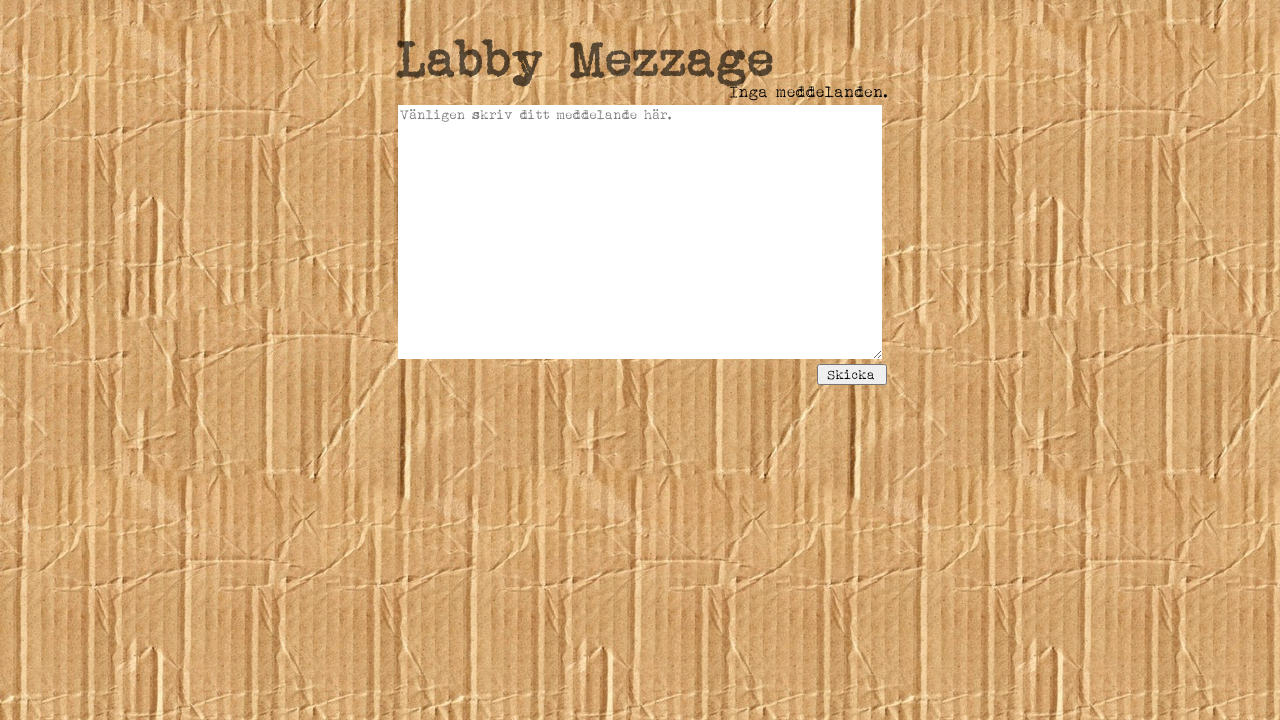
Repository: mw222rs/1dv403-laborationer
Page: 2-labbymezzage/index.html
The author's editor kept a record of every edit. The page is drawn from the files as they stood at one moment, then again after the next edit.
The browser window is 1280 px wide. The pictures show the whole page.

Above is the page before.

### 2-labbymezzage/index.html
<!DOCTYPE html>
<html lang="sv">
<head>
	<meta charset="UTF-8" />
	<link rel="stylesheet" type="text/css" href="css/style.css" media="screen, projection, handheld">
	<title>Labby Mezzage</title>
	<script src="script/main.js"></script>
	<script src="script/message.js"></script>
</head>
    <body>
        <div id="page">
            <h1>Labby Mezzage</h1>
            <div id="messageArea">
            </div><!-- /end #messageArea tag -->

            <div id="board">
                <p id="counter">Inga meddelanden.</p>
                <form>
         			<textarea name="text" placeholder="Vänligen skriv ditt meddelande här." id="textArea"></textarea><input id="send" type="submit" value="Skicka" />
         			<p id="value"></p>
        		</form>
            </div><!-- /end #board tag -->
        </div><!-- /end #page tag -->
    </body>
</html>

### 2-labbymezzage/css/style.css
/* Start CSS-Reset */

/* http://meyerweb.com/eric/tools/css/reset/
   v2.0 | 20110126
   License: none (public domain)
*/

html, div, span, applet, object, iframe,
h2, h3, h4, h5, h6, p, blockquote, pre,
a, abbr, acronym, address, big, cite, code,
del, dfn, em, img, ins, kbd, q, s, samp,
small, strike, strong, sub, sup, tt, var,
b, u, i, center,
dl, dt, dd, ol, ul, li,
fieldset, form, label, legend,
table, caption, tbody, tfoot, thead, tr, th, td,
article, aside, canvas, details, embed,
figure, figcaption, footer, header, hgroup,
menu, nav, output, ruby, section, summary,
time, mark, audio, video {
	margin: 0;
	padding: 0;
	border: 0;
	font-size: 100%;
	font: inherit;
	vertical-align: baseline;
}
/* HTML5 display-role reset for older browsers */
article, aside, details, figcaption, figure,
footer, header, hgroup, menu, nav, section {
	display: block;
}
body {
	line-height: 1;
}
ol, ul {
	list-style: none;
}
blockquote, q {
	quotes: none;
}
blockquote:before, blockquote:after,
q:before, q:after {
	content: '';
	content: none;
}
table {
	border-collapse: collapse;
	border-spacing: 0;
}

/* End of CSS-Reset */

@font-face {
    font-family: typewriter;
    src: url( 'Albertsthal_Typewriter.ttf' );
}
body {
	font-family: typewriter;
    background: #DBDBD6;
	background-image: url(10.jpg);
    padding: 0px;
}
h1 {
	color: rgba(0, 0, 0, 0.6);
    font-family: typewriter;
    font-size: 50px;
    padding-left: 5px;
    margin-bottom: 0;
}
#page {
	margin: 20px auto 20px;
	width: 497px;
}
.messageBread {
	font-family: typewriter;
	background: #FFF;
	width: 100%;
	margin-top: 7px;
	padding: 3px;
	box-shadow: 5px 5px 7px 1px #000;
}
.messageBread .date {
	font-family: typewriter;
	background: none;
	margin-top: 0;
	padding: 0;
	box-shadow: none;
	text-align: right;
	font-size: small;
}
.messageBread a {
	float: right;
	font-size: smaller;
	font-weight: bold;
	padding-left: 3px;
}

#inputArea {
	background: #FFF;
	width: 100%;
	margin-top: 7px;
	padding: 3px;
	box-shadow: 5px 5px 7px 1px #000;
}
#counter {
	text-align: right;
	font-family: typewriter;
}
textarea {
	font-family: typewriter;
	border: 0;
	display: block;
	margin: 5px auto;
	width: 480px;
	height: 250px;
}
input[type="submit"] {
	font-family: typewriter;
	margin-left: 425px;
	width: 70px;
}

### 2-labbymezzage/script/main.js
"use strict";

var labbyMezzage = {

    messages: [],
    init:function()
    {

	var input = document.querySelector("#textArea");　// Find the textarea-node.
	var submit = document.querySelector("#send"); // Find the submit-button.

	input.onkeypress = function(e){

	    var key = e.keyCode;

	    if (key === 13) {
	        e.preventDefault();
	        labbyMezzage.createMessage(input.value);
	    }
	    key.

	    console.log(key);


	}

	submit.onclick = function(e){ // When the button is clicked...
	    e.preventDefault();

	    labbyMezzage.createMessage(input.value); // Create a new message with the text from the textarea.
	    }


	},

    createMessage: function(input) // Creates a new message-object.
    {
        var createdMessage = new Message(input, new Date());
        labbyMezzage.messages.push(createdMessage); // Pushes the object into the messages-array.
        labbyMezzage.renderMessages(); // Renders the messages.
	    return false;
    },
    renderMessage: function(messageId){ // Render a single message.

        var div = document.querySelector("#messageArea"); // Find the #messageArea div-tag.

        var div2 = document.createElement("div"); // Create a new div-tag...
        div2.classList.add("messageBread"); // ...and give it hte class .messageBread

        // Creates an a-tag with an onclick function for deleting the message.
        var removeLink = document.createElement("a");
        removeLink.setAttribute("href", "#");
        removeLink.classList.add("remove");
        removeLink.innerHTML = "X";
        removeLink.onclick = function(){
            if (window.confirm("Vill du verkligen radera meddelandet?")) {
                labbyMezzage.removeMessage(messageId);
            }
        }
        div2.appendChild(removeLink);

	    // Creates an a-tag with an onclick function for alerting the exact date of when the message was written.
	    var alertLink = document.createElement("a");
	    alertLink.setAttribute("href", "#");
	    alertLink.classList.add("alertDate");
	    alertLink.innerHTML = "?";
	    alertLink.onclick = function(){
	        alert(labbyMezzage.messages[messageId].getDate());
	    }
	    div2.appendChild(alertLink);

        // Creates a p-tag and injects the message text into it.
        var messageText = document.createElement("p");
        messageText.innerHTML = labbyMezzage.messages[messageId].getHTMLText();
        div2.appendChild(messageText);

        // Creates a p-tag with the class .date and injects the date formatted YYYY-DD-MM.
        var dateP = document.createElement("p");
        dateP.classList.add("date");
        dateP.innerHTML = labbyMezzage.messages[messageId].getSmallDate();
        div2.appendChild(dateP);

	    div.appendChild(div2);
    },
    renderMessages: function(){

        document.getElementById("messageArea").innerHTML = ""; // Empties the #messageArea-div.

        // Cycles through the messages-array, calling the renderMessage-function on each object.
        labbyMezzage.messages.forEach(function(value, id){
		    labbyMezzage.renderMessage(id);
		});

		// Updates the counter with the length of the messages-array.
		document.querySelector("#counter").innerHTML = "Antal meddelanden: "+labbyMezzage.messages.length;

    },
    removeMessage: function(removeID){ // Removes the message.
	    labbyMezzage.messages.splice(removeID, 1);
        labbyMezzage.renderMessages();
    }
};
window.onload = labbyMezzage.init;

### 2-labbymezzage/script/message.js
"use strict";

function Message(message, date){

    this._text = message;

    this._date = date;

    this.getText = function(){
        return message;
    }

    this.setText = function(_text){
        message = _text;
    }

    this.getDate = function(form){
        if (form === "simple") {
            return date.getFullYear()+"-"+(date.getMonth()+1)+"-"+date.getDate();
        }
        else {
            return "Inlägget skapades "+date.toString();
        }

    }

    this.setDate = function(_date){
        date = _date;
    }
}


Message.prototype.toString = function(){
    return this.getText()+" ("+this.getDate()+") ";
};

Message.prototype.getHTMLText = function(){
    return this.message.replace(/(\n)/g, "<br>");
};

After the next edit:
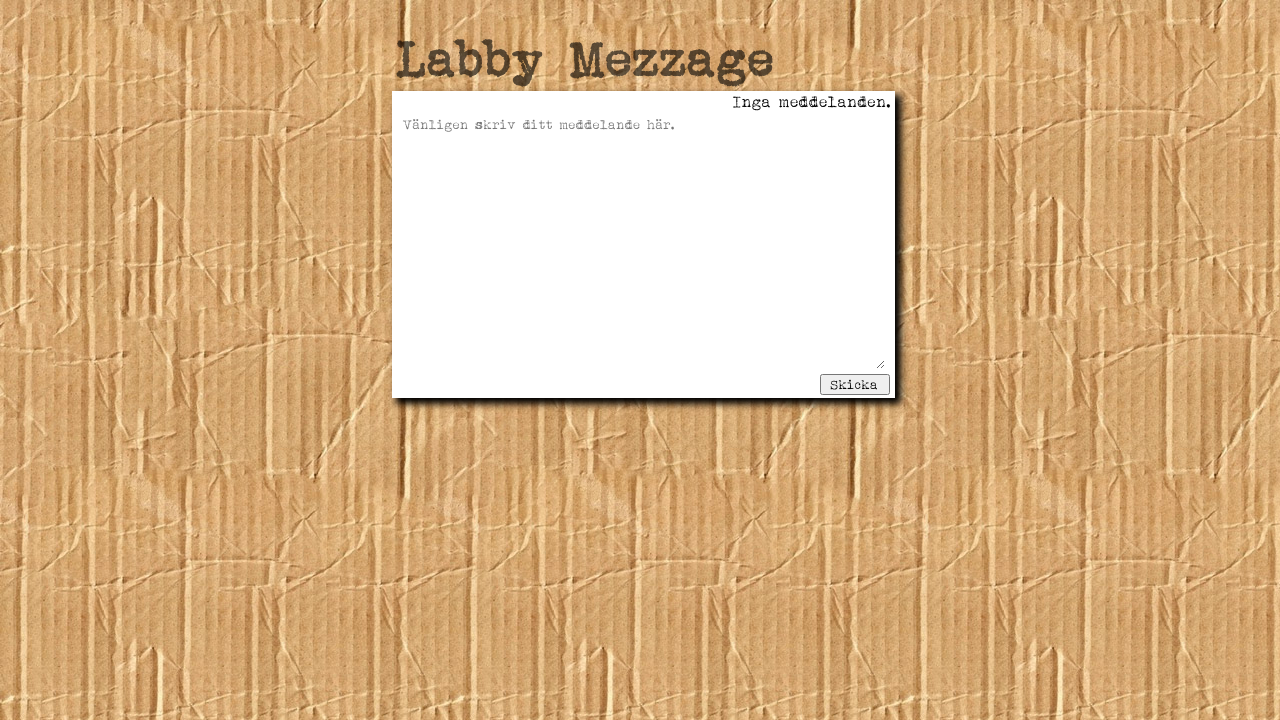
The edit:
--- a/2-labbymezzage/index.html
+++ b/2-labbymezzage/index.html
@@ -13,7 +13,7 @@
             <div id="messageArea">
             </div><!-- /end #messageArea tag -->
 
-            <div id="board">
+            <div id="inputArea">
                 <p id="counter">Inga meddelanden.</p>
                 <form>
          			<textarea name="text" placeholder="Vänligen skriv ditt meddelande här." id="textArea"></textarea><input id="send" type="submit" value="Skicka" />
